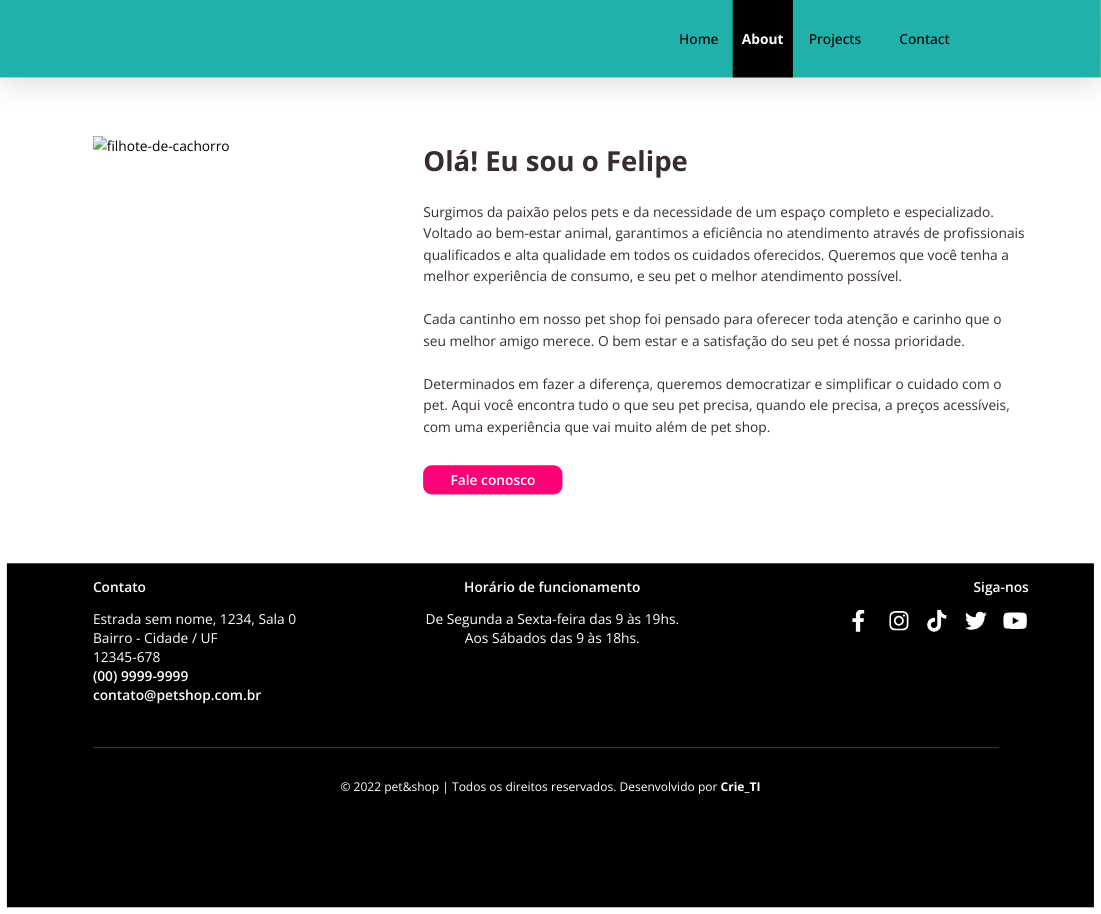
Repository: Fel1pit0/CRIE_TI
Page: Projetos/Portifólio/about.html
An editor plug-in stored every save of this project. The page is shown before and after the next save, followed by the edit.
The browser window is 1280 px wide. The pictures show the whole page, at 86% of full size.

Above is the page before, as saved 2022-05-25 14:05:33.

After the next save:
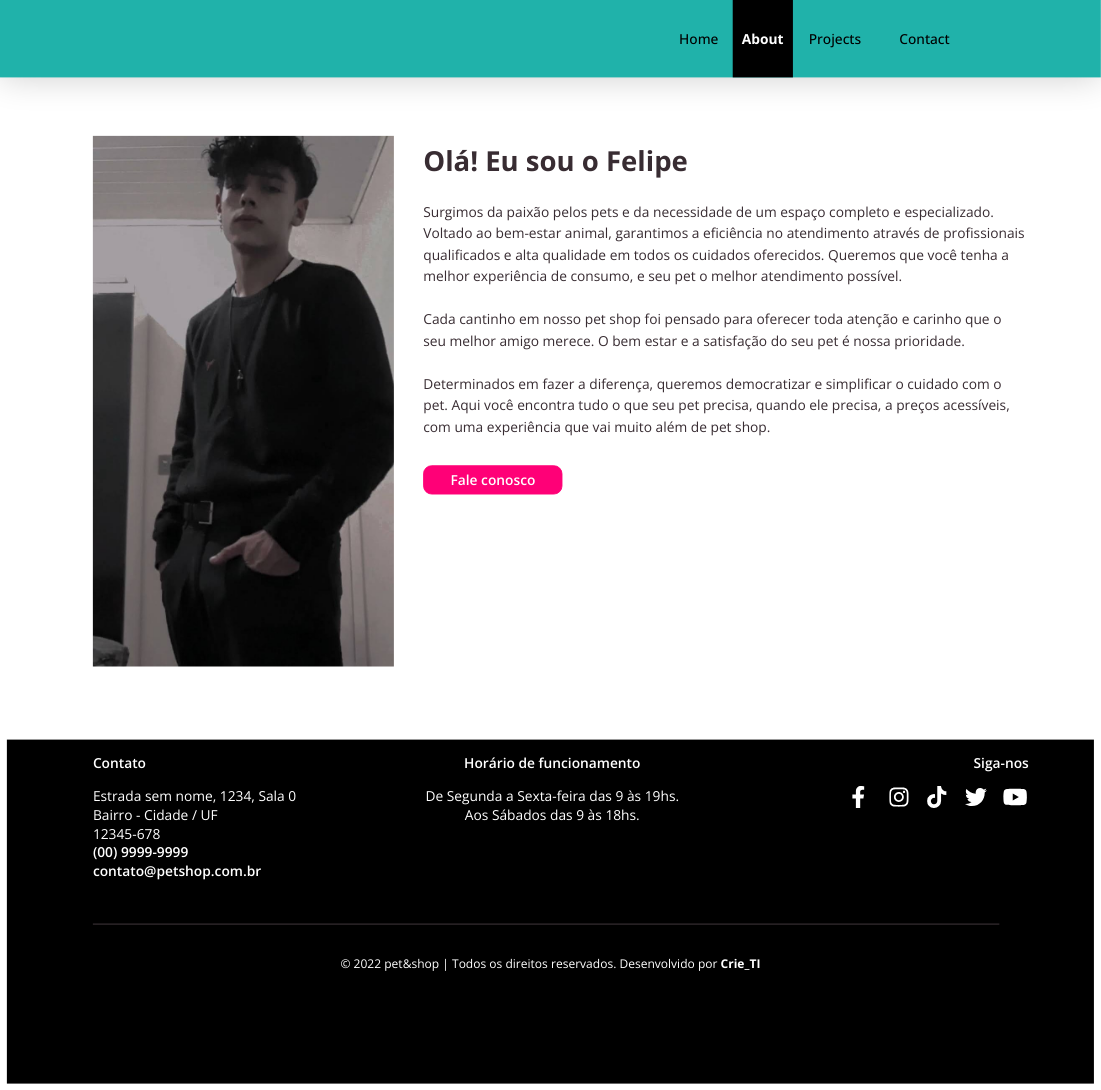
Saved 5 min 36 s later.
--- a/Projetos/Portifólio/about.html
+++ b/Projetos/Portifólio/about.html
@@ -23,7 +23,7 @@
 
     <section id="about">
         <div>
-          <img class="image-about" src="" alt="filhote-de-cachorro">
+          <img class="image-about" src="imagens/eu.jpeg" alt="filhote-de-cachorro">
           <div class="desc-about">
             <h2>Olá! Eu sou o Felipe</h2>
             <p>Surgimos da paixão pelos pets e da necessidade de um espaço completo e especializado.<br/>
